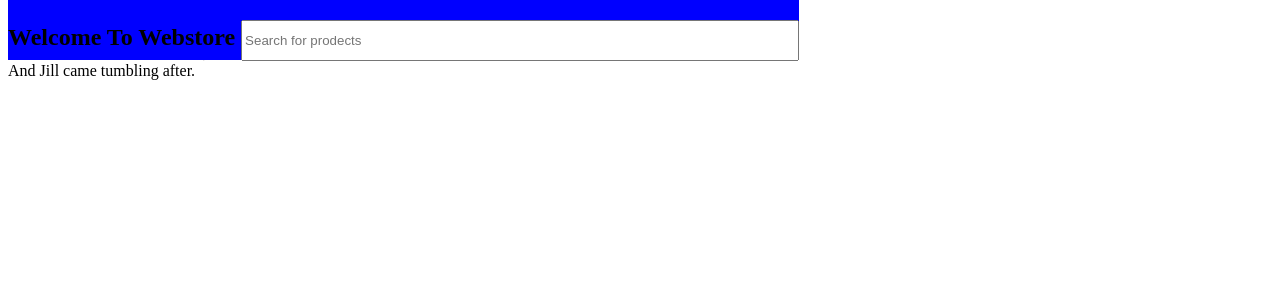
Repository: sourogithub/Final-yr-project-using-j2ee
Page: http://localhost/Webstore/JSP Pages/index.jsp
An editor plug-in stored every save of this project. The page is shown before and after the next save, followed by the edit.
The browser window is 1280 px wide. The pictures show the whole page.
The page is served by Tomcat 9.

Above is the page before, as saved 2017-04-11 08:05:27.

### Webstore/WebContent/JSP Pages/index.jsp
<%@ page language="java" contentType="text/html; charset=ISO-8859-1"
    pageEncoding="ISO-8859-1"%>
<!DOCTYPE html PUBLIC "-//W3C//DTD HTML 4.01 Transitional//EN" "http://www.w3.org/TR/html4/loose.dtd">
<html>
<head>
<meta http-equiv="Content-Type" content="text/html; charset=ISO-8859-1">
<title>Webstore</title>
<div id="top"  style="background:blue; height:60px;position:absolute;top:0px;">
<h2>Welcome To Webstore
<input type="text" placeholder="Search for prodects" required style=" border-width:2;width:550px;height:35px"></h2>
</div>
</head>
<body>

<div id="mydiv" style="width:200px;background:white" onmouseover="this.style.background='gray';" onmouseout="this.style.background='white';">
    Jack and Jill went up the hill
    To fetch a pail of water.
    Jack fell down and broke his crown,
    And Jill came tumbling after.
    </div>
</body>
</html>

After the next save:
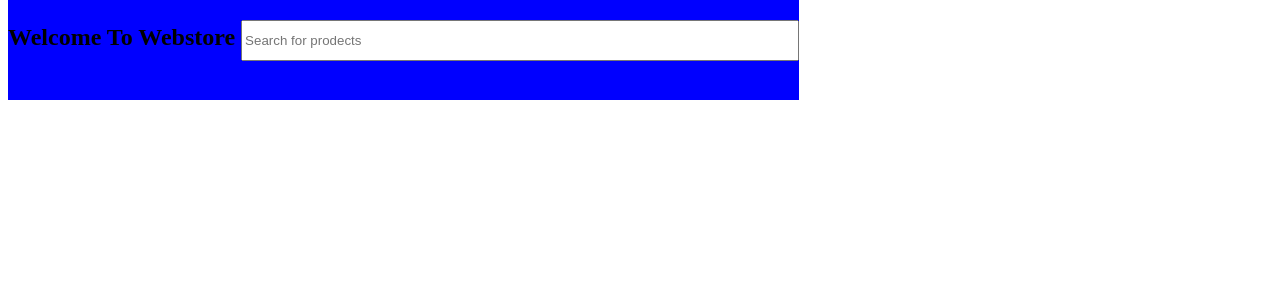
Saved 40 s later.
--- a/Webstore/WebContent/JSP Pages/index.jsp
+++ b/Webstore/WebContent/JSP Pages/index.jsp
@@ -5,7 +5,7 @@
 <head>
 <meta http-equiv="Content-Type" content="text/html; charset=ISO-8859-1">
 <title>Webstore</title>
-<div id="top"  style="background:blue; height:60px;position:absolute;top:0px;">
+<div id="top"  style="background:blue; height:100px;position:absolute;top:0px;">
 <h2>Welcome To Webstore
 <input type="text" placeholder="Search for prodects" required style=" border-width:2;width:550px;height:35px"></h2>
 </div>
